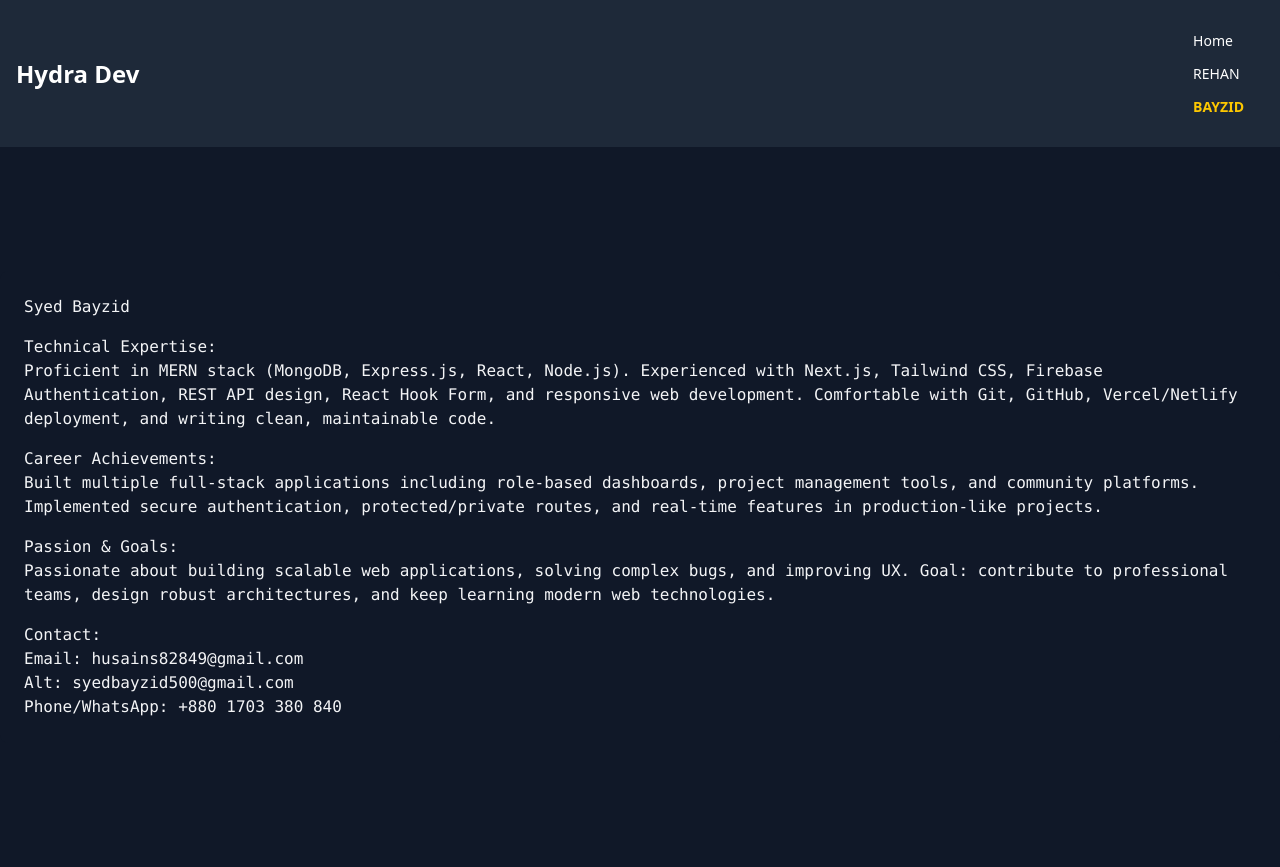
Repository: codeSmith-006/github-collab
Page: /bayzid
These files come from the project's save history. The page is drawn as it stood at one moment and after a run of saves; the edit follows.
The browser window is 1280 px wide. The pictures show the whole page.
The project was rebuilt for these pictures with package versions that can differ from the ones it lists, and the page was loaded fresh each time. Also part of the build but not shown: vite.config.js, src/App.jsx, src/Components/Navbar/active.css, src/Page/Home/Home.jsx, src/Page/Rehan/Rehan.jsx.

Above is the page before, as saved 2025-09-10 10:38:27.

### src/main.jsx
import { StrictMode } from "react";
import { createRoot } from "react-dom/client";
import "./index.css";
import App from "./App.jsx";
// import { RouterProvider } from "react-router";
import router from "./Routes/Router.jsx";
import { RouterProvider } from "react-router-dom";

createRoot(document.getElementById("root")).render(
  <StrictMode>
    <RouterProvider router={router} />
  </StrictMode>
);

### src/Routes/Router.jsx
import { Component } from "react";
// import { createBrowserRouter } from "react-router";
// import Home from "../Page/Home/Home";
import { createBrowserRouter } from "react-router-dom";
import Layout from "../Layout/Layout";
import Home from "../Page/Home/Home";
import Rehan from "../Page/Rehan/Rehan";
import Bayzid from "../Page/Bayzid/Bayzid";

let router = createBrowserRouter([
  {
    path: "/",
    Component: Layout,
    children: [
      {
        index: true,
        Component: Home,
      },
      {
        path: '/rehan',
        Component: Rehan
      },
      {
        path: '/bayzid',
        Component: Bayzid
      }
    ],
  },
]);

export default router;

### src/Layout/Layout.jsx
import React from "react";
import Navbar from "../Components/Navbar/Navbar";
import { Outlet } from "react-router-dom";

export default function Layout() {
  return (
    <div className="bg-gray-900">
      <Navbar></Navbar>
      <div className="flex items-center justify-center min-h-screen">
        <Outlet></Outlet>
      </div>
    </div>
  );
}

### src/Page/Bayzid/Bayzid.jsx
import React from 'react'

export default function Bayzid() {
    return (

        <section className="p-6 bg-gray-900 text-gray-100 font-mono rounded-lg space-y-4 whitespace-pre-wrap break-words">
            <div>
                <h2>Syed Bayzid</h2>
            </div>
            <div>
                <h4>Technical Expertise: </h4>
                <p>Proficient in MERN stack (MongoDB, Express.js, React, Node.js). Experienced with Next.js, Tailwind CSS, Firebase Authentication, REST API design, React Hook Form, and responsive web development. Comfortable with Git, GitHub, Vercel/Netlify deployment, and writing clean, maintainable code.</p>
            </div>
            <div>
                <h4>Career Achievements: </h4>
                <p>Built multiple full-stack applications including role-based dashboards, project management tools, and community platforms. Implemented secure authentication, protected/private routes, and real-time features in production-like projects.</p>
            </div>
            <div>
                <h4>Passion & Goals:    </h4>
                <p>Passionate about building scalable web applications, solving complex bugs, and improving UX. Goal: contribute to professional teams, design robust architectures, and keep learning modern web technologies.</p>
            </div>
            <div>
                <h4>Contact: </h4>
                <p>Email: husains82849@gmail.com</p>
                <p>Alt: syedbayzid500@gmail.com</p>
                <p>Phone/WhatsApp: +880 1703 380 840</p>
            </div>
        </section>
    )
}

### src/Components/Navbar/Navbar.jsx
import React from "react";
import { NavLink } from "react-router-dom";
import "./active.css"; // optional for custom styles

export default function Navbar() {
  return (
    <nav className="navbar bg-gray-800 text-white p-4 flex justify-between items-center">
      {/* Logo */}
      <div className="logo text-2xl font-bold">
        Hydra Dev
      </div>

      {/* Menu */}
      <ul className="menu ">
        <li>
          <NavLink
            to="/"
            className={({ isActive }) =>
              isActive ? "text-yellow-400 font-bold" : "hover:text-yellow-300"
            }
          >
            Home
          </NavLink>
        </li>
        <li>
          <NavLink
            to="/rehan"
            className={({ isActive }) =>
              isActive ? "text-yellow-400 font-bold" : "hover:text-yellow-300"
            }
          >
            REHAN
          </NavLink>
          <NavLink
            to="/bayzid"
            className={({ isActive }) =>
              isActive ? "text-yellow-400 font-bold" : "hover:text-yellow-300"
            }
          >
            BAYZID
          </NavLink>
        </li>
      </ul>
    </nav>
  );
}

Loaded but not shown: index.html (common file); src/index.css (common file); src/App.css (no stored copy; drawn as an empty file)

After the next 2 saves:
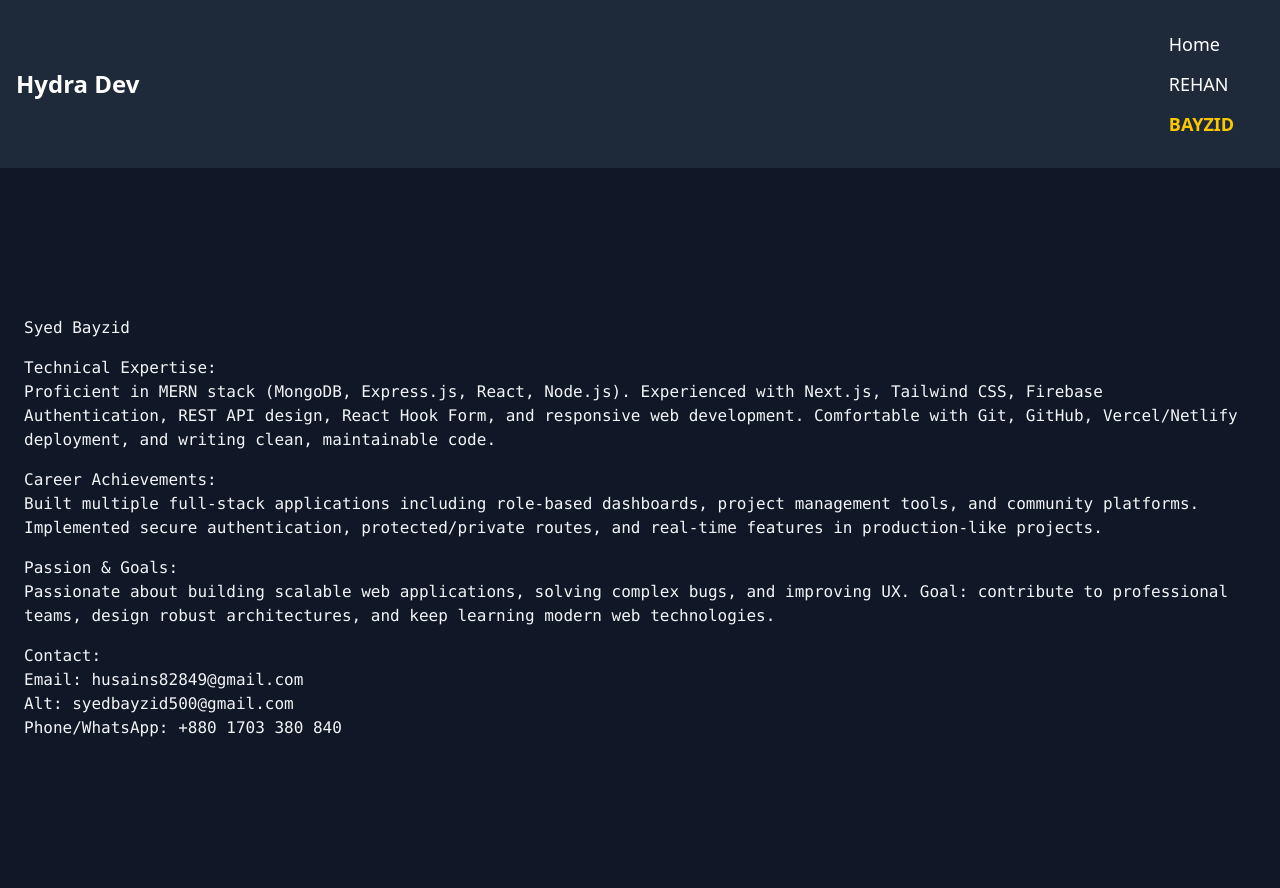
The 2 saves are shown as one change because they came seconds apart.
The last was saved 7 s later.
--- a/src/Components/Navbar/Navbar.jsx
+++ b/src/Components/Navbar/Navbar.jsx
@@ -11,7 +11,7 @@ export default function Navbar() {
       </div>
 
       {/* Menu */}
-      <ul className="menu ">
+      <ul className="menu flex space-x-6 text-lg">
         <li>
           <NavLink
             to="/"
